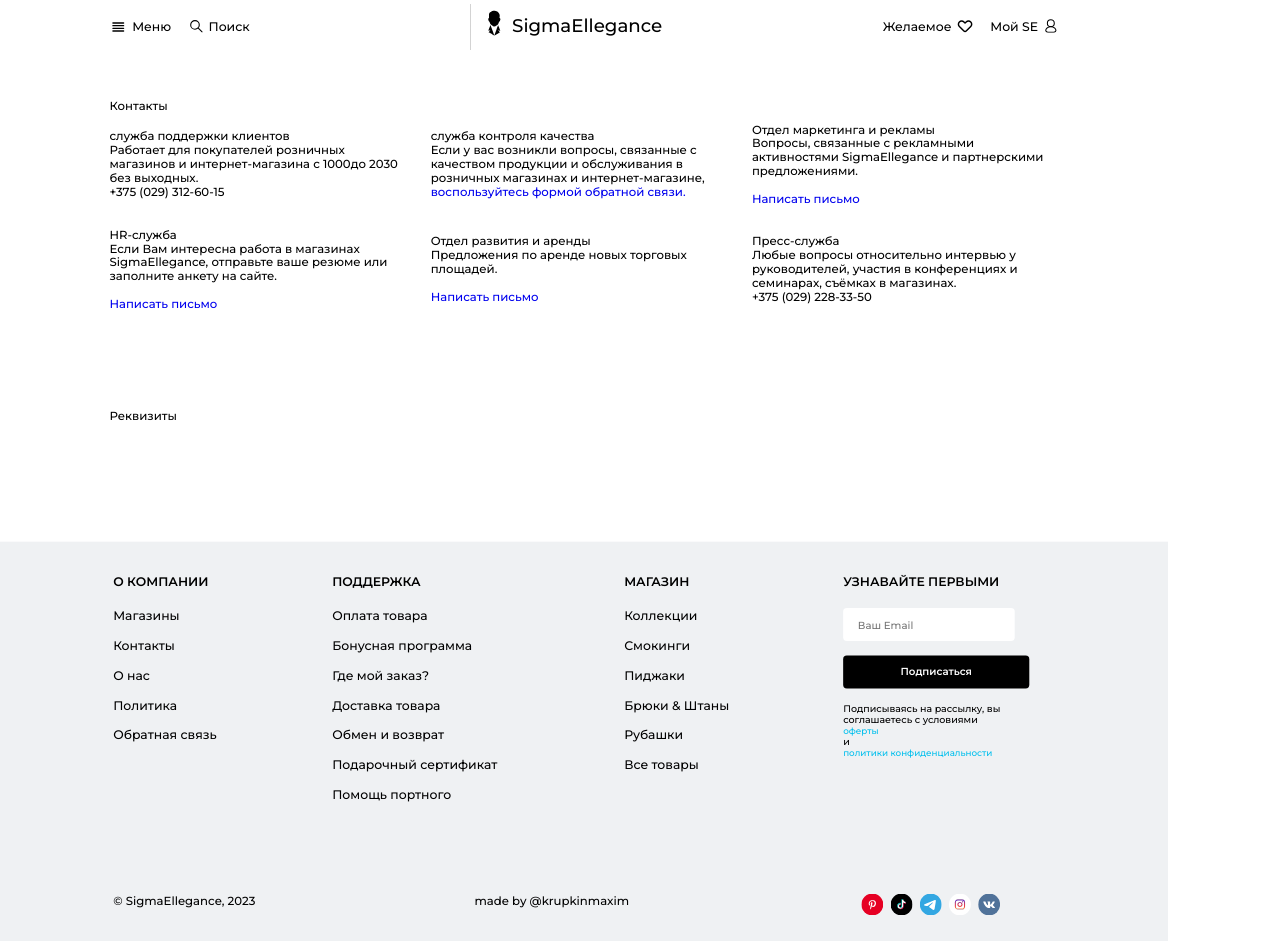
Repository: MaksimKrupkin/SigmaEllegance
Page: /contacts
An editor plug-in stored every save of this project. The page is shown before and after the next save, followed by the edit.
The browser window is 1280 px wide. The page is 1736 px wide, so the pictures cover 1736 px, including what lies to the right of the window. The pictures show the whole page, at 73% of full size.
Some web fonts or font styles are not loaded; a fallback is used. The project was rebuilt for these pictures with package versions that can differ from the ones it lists, and the page was loaded fresh each time. Also part of the build but not shown: src/Components/SideBar/SideBar.module.css, src/Components/SideBar/SideBar.jsx, src/Pages/HomePage.module.css, src/Components/SliderWrapper/SliderWrapper.module.css, src/Components/SliderCard/SliderCard.module.css, src/Components/SliderCard/SliderCard.jsx, src/Components/LeftArrow/LeftArrow.module.css, src/Components/LeftArrow/LeftArrow.jsx and 25 more.

Above is the page before, as saved 2023-12-18 17:14:45.

### public/index.html
<!DOCTYPE html>
<html lang="en">
  <head>
    <meta charset="utf-8" />

    <meta name="viewport" content="width=device-width, initial-scale=1" />

    <link rel="preconnect" href="https://fonts.googleapis.com" />
    <link rel="preconnect" href="https://fonts.gstatic.com" crossorigin />
    <link
      href="https://fonts.googleapis.com/css2?family=Roboto:wght@400;500;700&display=swap"
      rel="stylesheet" />
    <link
      href="https://fonts.googleapis.com/css2?family=Montserrat:ital,wght@0,300;0,500;0,600;0,900;1,400;1,500&family=Roboto:wght@400;500;700&display=swap"
      rel="stylesheet" />
    <link rel="preconnect" href="https://fonts.googleapis.com" />
    <link rel="preconnect" href="https://fonts.gstatic.com" crossorigin />
    <link
      href="https://fonts.googleapis.com/css2?family=Montserrat:wght@300&family=Roboto:wght@400;500;700&display=swap"
      rel="stylesheet" />
    <link href="https://fonts.cdnfonts.com/css/montserrat" rel="stylesheet" />
    <title>SigmaEllegance</title>
  </head>
  <body>
    <div id="root"></div>
  </body>
</html>

### src/index.js
import React from 'react';
import ReactDOM from 'react-dom/client';
import App from './App';
import { BrowserRouter } from 'react-router-dom';

const root = ReactDOM.createRoot(document.getElementById('root'));
root.render(
  <React.StrictMode>
    <BrowserRouter>
      <App />
    </BrowserRouter>
  </React.StrictMode>,
);

### src/App.js
import Header from './Components/Header/Header';
import HomePage from './Pages/HomePage';
import styles from './App.module.css';
import GoodsPage from './Pages/GoodsPage/GoodsPage';
import OpenGoodPage from './Pages/OpenGoodPage/OpenGoodPage';
import Footer from './Components/Footer/Footer';
import { BrowserRouter, Route, Routes } from 'react-router-dom';
import AboutUs from './Pages/AboutUs/AboutUs';
import SearchPage from './Pages/SearchPage/SearchPage';
import React from 'react';
import { useState } from 'react';
import { useParams } from 'react-router-dom';
import Contacts from './Pages/Contacts/Contacts';
function App() {
  const { category, id } = useParams();
  return (
    <div className={styles.container}>
      <Header />
      <Routes>
        <Route path="/" element={<HomePage />} />
        <Route path="/goodspage/" element={<GoodsPage />} />
        <Route path="/goodspage/:category" element={<GoodsPage />} />
        <Route path="/goodspage/:category/:id" element={<OpenGoodPage />} />
        <Route path="/opengoodspage" element={<OpenGoodPage />} />
        <Route path="/opengoodspage/:category/:id" element={<OpenGoodPage />} />
        <Route path="/aboutUsPage" element={<AboutUs />} />
        <Route path="/searchPage" element={<SearchPage />} />
        <Route path="/contacts" element={<Contacts />} />
      </Routes>

      <Footer />
    </div>
  );
}

export default App;

### src/Components/Header/Header.jsx
import React from 'react';
import { useState } from 'react';
import { Link } from 'react-router-dom';
import styles from './Header.module.css';
import logo from '../../assets/img/logo.svg';
import icon1 from '../../assets/img/Icon1.svg';
import icon2 from '../../assets/img/icon2.svg';
import icon3 from '../../assets/img/icon3.svg';
import icon4 from '../../assets/img/icon4.svg';
import SideBar from '../SideBar/SideBar';

function Header() {
  const [toggleMenu, setToggleMenu] = useState(false);
  const HandleToggle = () => {
    setToggleMenu(!toggleMenu);
  };
  console.log(toggleMenu);
  return (
    <header className={styles.header}>
      <div className={styles.left_part}>
        <div onClick={HandleToggle} className={styles.menu}>
          <img className={styles.icon1} src={icon1} alt="" />
          <p>Меню</p>
        </div>
        {toggleMenu && <SideBar HandleToggle={HandleToggle} />}

        <Link to="/searchPage" className={styles.search}>
          <img className={styles.icon2} src={icon2} alt="" />
          <p>Поиск</p>
        </Link>
      </div>
      <Link to="/" className={styles.logo_part}>
        <img className={styles.logo} src={logo} alt="" />
        <p>SigmaEllegance</p>
      </Link>
      <div className={styles.right_part}>
        <a className={styles.liked}>
          <p>Желаемое</p>
          <img className={styles.icon3} src={icon3} alt="" />
        </a>
        <a className={styles.purchases}>
          <p>Мой SE</p>
          <img className={styles.icon4} src={icon4} alt="" />
        </a>
      </div>
    </header>
  );
}

export default Header;

### src/App.module.css
body {
  font-family: 'Montserrat', sans-serif;
  display: block;
  margin: 0 auto;
  padding: 0;
  width: 100%;
  position: relative;
  overflow-x: hidden;
}
.container {
  width: 1600px;
  display: block;
  margin: 0 auto;
}

*,
*::before,
*::after {
  box-sizing: border-box;
}

/* Links */

a,
a:link,
a:visited {
  text-decoration: none;
}

a:hover {
  text-decoration: none;
}

/* Common */

aside,
nav,
header,
section,
main {
  display: block;
}

h1,
h2,
h3,
h4,
h5,
h6,
p {
  font-size: inherit;
  font-weight: inherit;
}

ul,
ul li {
  list-style: none;
}

img {
  vertical-align: top;
}

img,
svg {
  max-width: 100%;
  height: auto;
}

address {
  font-style: normal;
}

/* Form */

input,
textarea,
button,
select {
  font-family: inherit;
  font-size: inherit;
  color: inherit;
  background-color: transparent;
}

input::-ms-clear {
  display: none;
}

button,
input[type='submit'] {
  display: inline-block;
  box-shadow: none;
  background-color: transparent;
  background: none;
  cursor: pointer;
}

input:focus,
input:active,
button:focus,
button:active {
  outline: none;
}

button::-moz-focus-inner {
  padding: 0;
  border: 0;
}

label {
  cursor: pointer;
}

legend {
  display: block;
}

### src/Components/Footer/Footer.jsx
import React from 'react';
import icon1 from '../../assets/img/pint.svg';
import icon2 from '../../assets/img/TT.svg';
import icon3 from '../../assets/img/TG.svg';
import icon4 from '../../assets/img/IG.svg';
import icon5 from '../../assets/img/VK.svg';
import styles from './Footer.module.css';

export default function Footer() {
  return (
    <footer className={styles.footer}>
      <div className={styles.column_1}>
        <a className={styles.column_title}>О компании</a>
        <a className={styles.column_item}> Магазины</a>
        <a className={styles.column_item}>Контакты</a>
        <a className={styles.column_item}>О нас</a>
        <a className={styles.column_item}>Политика</a>
        <a className={styles.column_item}>Обратная связь</a>
      </div>
      <div className={styles.column_2}>
        <a className={styles.column_title}>Поддержка</a>
        <a className={styles.column_item}> Оплата товара</a>
        <a className={styles.column_item}>Бонусная программа</a>
        <a className={styles.column_item}>Где мой заказ?</a>
        <a className={styles.column_item}>Доставка товара</a>
        <a className={styles.column_item}>Обмен и возврат</a>
        <a className={styles.column_item}>Подарочный сертификат</a>
        <a className={styles.column_item}>Помощь портного</a>
      </div>
      <div className={styles.column_3}>
        <a className={styles.column_title}>Магазин</a>
        <a className={styles.column_item}> Коллекции</a>
        <a className={styles.column_item}>Смокинги</a>
        <a className={styles.column_item}>Пиджаки</a>
        <a className={styles.column_item}>Брюки & Штаны</a>
        <a className={styles.column_item}>Рубашки</a>
        <a className={styles.column_item}>Все товары</a>
      </div>
      <div className={styles.footer_form}>
        <div className={styles.footer_form_title}>Узнавайте первыми</div>
        <form action={styles.text}>
          <input className={styles.footer_form_email} type="text" placeholder="Ваш Email" />
        </form>
        <div className={styles.footer_button}>
          <div className={styles.footer_link}>Подписаться</div>
        </div>
        <div className={styles.policy}>
          Подписываясь на рассылку, вы соглашаетесь с условиями{' '}
          <a href="" className={styles.policy_link}>
            оферты
          </a>{' '}
          и <a className={styles.policy_link}>политики конфиденциальности</a>{' '}
        </div>
      </div>
      <div className={styles.footer_border}>
        <img src="/img/Border.svg" alt="" />
      </div>
      <div className={styles.sigma_corp}>© SigmaEllegance, 2023</div>
      <div className={styles.made_by}>made by @krupkinmaxim</div>
      <div className={styles.social_networks}>
        <img className={styles.pintrest} src={icon1} alt="" />
        <img className={styles.tik_tok} src={icon2} alt="" />
        <img className={styles.telegram} src={icon3} alt="" />
        <img className={styles.instagram} src={icon4} alt="" />
        <img className={styles.vk} src={icon5} alt="" />
      </div>
    </footer>
  );
}

### src/Pages/Contacts/Contacts.jsx
import React from 'react';
import { Link } from 'react-router-dom';
import styles from './Contacts.module.css';

export default function Contacts() {
  return (
    <div className={styles.container}>
      <div className={styles.top_part}>
        <h2 className={styles.tytle}>Контакты</h2>
        <div className={styles.paragraphs}>
          <div className={styles.item}>
            <div className={styles.subtitle}>служба поддержки клиентов</div>
            <div className={styles.text}>
              Работает для покупателей розничных магазинов и интернет-магазина с 1000до 2030 без
              выходных.
            </div>
            <span className={styles.phoneNumber}>+375 (029) 312-60-15</span>
          </div>
          <div className={styles.item}>
            <div className={styles.subtitle}>служба контроля качества</div>
            <div className={styles.text}>
              Если у вас возникли вопросы, связанные с качеством продукции и обслуживания в
              розничных магазинах и интернет-магазине,
              <Link> воспользуйтесь формой обратной связи.</Link>
            </div>
          </div>
          <div className={styles.item}>
            <div className={styles.subtitle}>Отдел маркетинга и рекламы</div>
            <div className={styles.text}>
              Вопросы, связанные с рекламными активностями SigmaEllegance и партнерскими
              предложениями.
            </div>
            <br />
            <Link>Написать письмо</Link>
          </div>
          <div className={styles.item}>
            <div className={styles.subtitle}>HR-служба</div>
            <div className={styles.text}>
              Если Вам интересна работа в магазинах SigmaEllegance, отправьте ваше резюме или
              заполните анкету на сайте.
            </div>
            <br />
            <Link>Написать письмо</Link>
          </div>
          <div className={styles.item}>
            <div className={styles.subtitle}>Отдел развития и аренды</div>
            <div className={styles.text}>Предложения по аренде новых торговых площадей.</div>
            <br />
            <Link>Написать письмо</Link>
          </div>
          <div className={styles.item}>
            <div className={styles.subtitle}>Пресс-служба</div>
            <div className={styles.text}>
              Любые вопросы относительно интервью у руководителей, участия в конференциях и
              семинарах, съёмках в магазинах.
            </div>
            <span className={styles.phoneNumber}>+375 (029) 228-33-50</span>
          </div>
        </div>
      </div>
      <div className={styles.bottom_part}>
        <h2 className={styles.tytle}>Реквизиты</h2>
        <div className={styles.paragraphs}></div>
      </div>
    </div>
  );
}

### src/Components/Header/Header.module.css
.header {
  font-family: 'Montserrat', sans-serif;
  margin: 0 auto;
  width: 100%;
  height: 10vh;
  display: flex;
  justify-content: space-around;
  align-items: center;
}

.left_part {
  display: flex;
  justify-content: space-between;
  align-items: center;
  gap: 25px;
  color: #000;
  margin-bottom: -2px;

  font-family: Montserrat;
  font-size: 17px;
  font-style: normal;
  font-weight: 500;
  line-height: normal;
}
.menu {
  display: flex;
  justify-content: space-between;
  align-items: center;
  gap: 8px;
  cursor: pointer;
}
.menu:hover {
  color: rgb(80, 77, 77);
}
.icon1 {
  width: 22px;
  height: 22px;
  margin-bottom: 1px;
}
.search {
  display: flex;
  justify-content: space-between;
  align-items: center;
  gap: 8px;
  cursor: pointer;
  color: black;
}

.search:hover {
  color: rgb(80, 77, 77);
}
.icon2 {
  width: 18px;
  height: 18px;
  margin-bottom: 3px;
}

.logo_part {
  margin-bottom: 3px;
  display: flex;
  justify-content: space-between;
  align-items: center;

  color: #000;

  font-family: Montserrat;
  font-size: 25px;
  font-style: normal;
  font-weight: 400;
  line-height: normal;
  cursor: pointer;
}

.logo {
  width: 67.375px;
  height: 69.103px;
  flex-shrink: 0;
  margin-right: -10px;
}
.right_part {
  margin-bottom: -2px;
  display: flex;
  justify-content: space-between;
  align-items: center;
  gap: 23px;
  font-family: Montserrat;
  font-size: 17px;
  font-style: normal;
  font-weight: 500;
  line-height: normal;
}

.liked {
  display: flex;
  justify-content: space-between;
  align-items: center;
  gap: 8px;
  cursor: pointer;
}
.liked:hover {
  color: rgb(80, 77, 77);
}
.icon3 {
  width: 22px;
  height: 22px;
  margin-bottom: 3px;
}

.purchases {
  display: flex;
  justify-content: space-between;
  align-items: center;
  gap: 8px;
  cursor: pointer;
}
.purchases:hover {
  color: rgb(80, 77, 77);
}

.icon4 {
  width: 19px;
  height: 19px;
  margin-bottom: 3px;
}

### src/Components/Footer/Footer.module.css
.footer {
  background-color: #eff1f3;
  width: 1600px;
  height: 547px;
  position: absolute;
  overflow-y: hidden;
}
a {
  display: block;
}

.column_1 {
  position: absolute;
  top: 45px;
  left: 155px;
}

.column_2 {
  position: absolute;
  top: 45px;
  left: 455px;
}

.column_3 {
  position: absolute;
  top: 45px;
  left: 855px;
}
.column_title {
  font-style: normal;
  font-weight: 600;
  font-size: 17px;
  line-height: 21px;
  text-transform: uppercase;
  color: #000000;
  margin-bottom: 25px;
}

.column_item {
  font-family: 'Montserrat';
  font-style: normal;
  font-weight: 400;
  font-size: 17px;
  line-height: 21px;
  color: #000000;
  margin-bottom: 20px;
  cursor: pointer;
}

.footer_form {
  position: absolute;
  top: 45px;
  left: 1155px;
}

.footer_form_title {
  font-style: normal;
  font-weight: 600;
  font-size: 17px;
  line-height: 21px;
  text-transform: uppercase;
  color: #000000;
  margin-bottom: 25px;
}
.footer {
  opacity: 1;
}
.footer_form_email {
  width: 235px;
  height: 45px;
  background-color: white;
  border: none;
  border-radius: 5px;
  font-style: normal;
  font-weight: 400;
  font-size: 14px;
  line-height: 17px;
  padding-left: 20px;
  color: rgba(0, 0, 0, 0.4);
}
.footer_form_email:focus {
  border: 2px solid black;
}

.footer_button {
  margin-top: 20px;
  margin-bottom: 20px;
  width: 255px;
  background-color: #000000;
  border-radius: 5px;
  text-align: center;
  font-style: normal;
  font-weight: 600;
  font-size: 14px;
  line-height: 45px;
  color: #ffffff;
  cursor: pointer;
}
.footer_link {
  color: #ffffff;
}

.policy {
  width: 254px;
  font-style: normal;
  font-weight: 400;
  font-size: 13px;
  line-height: 15px;
  color: #000000;
}
.policy_link {
  font-style: normal;
  font-weight: 400;
  font-size: 12px;
  line-height: 15px;
  color: #00bfed;
}

.footer_border {
  position: absolute;
  bottom: 120px;
}

.sigma_corp {
  position: absolute;
  left: 155px;
  bottom: 45px;

  font-weight: 500;
}

.made_by {
  position: absolute;
  left: 650px;
  bottom: 45px;
  font-weight: 500;
}

.social_networks {
  position: absolute;
  left: 1180px;
  bottom: 35px;
}
.pintrest {
  width: 30px;
  height: 30px;
  margin-right: 10px;
  transition: all 0.1s ease-in;
  cursor: pointer;
}
.pintrest:hover {
  width: 35px;
  height: 35px;
  transform: translateY(-3px);
}
.tik_tok {
  width: 30px;
  height: 30px;
  margin-right: 10px;
  transition: all 0.1s ease-in;
  cursor: pointer;
}
.tik_tok:hover {
  width: 35px;
  height: 35px;
  transform: translateY(-3px);
}
.telegram {
  width: 30px;
  height: 30px;
  margin-right: 10px;
  transition: all 0.1s ease-in;
  cursor: pointer;
}
.telegram:hover {
  width: 35px;
  height: 35px;
  transform: translateY(-3px);
}
.instagram {
  width: 30px;
  height: 30px;
  margin-right: 10px;
  transition: all 0.1s ease-in;
  cursor: pointer;
}
.instagram:hover {
  width: 35px;
  height: 35px;
  transform: translateY(-3px);
}
.vk {
  width: 30px;
  height: 30px;
  margin-right: 10px;
  transition: all 0.1s ease-in;
  cursor: pointer;
}
.vk:hover {
  width: 35px;
  height: 35px;
  transform: translateY(-3px);
}

### src/Pages/Contacts/Contacts.module.css
.container {
  width: 1586px;
  height: 470px;
  margin: 150px;
  margin-right: 140px;
  margin-top: 50px;
  display: flex;
  flex-direction: column;
  justify-content: space-between;
  gap: 50px;
}
.paragraphs {
  width: 1290px;
  display: flex;
  justify-content: space-between;
  align-items: center;
  flex-wrap: wrap;
  gap: 30px;
}
.item {
  width: 410px;
}

After the next save:
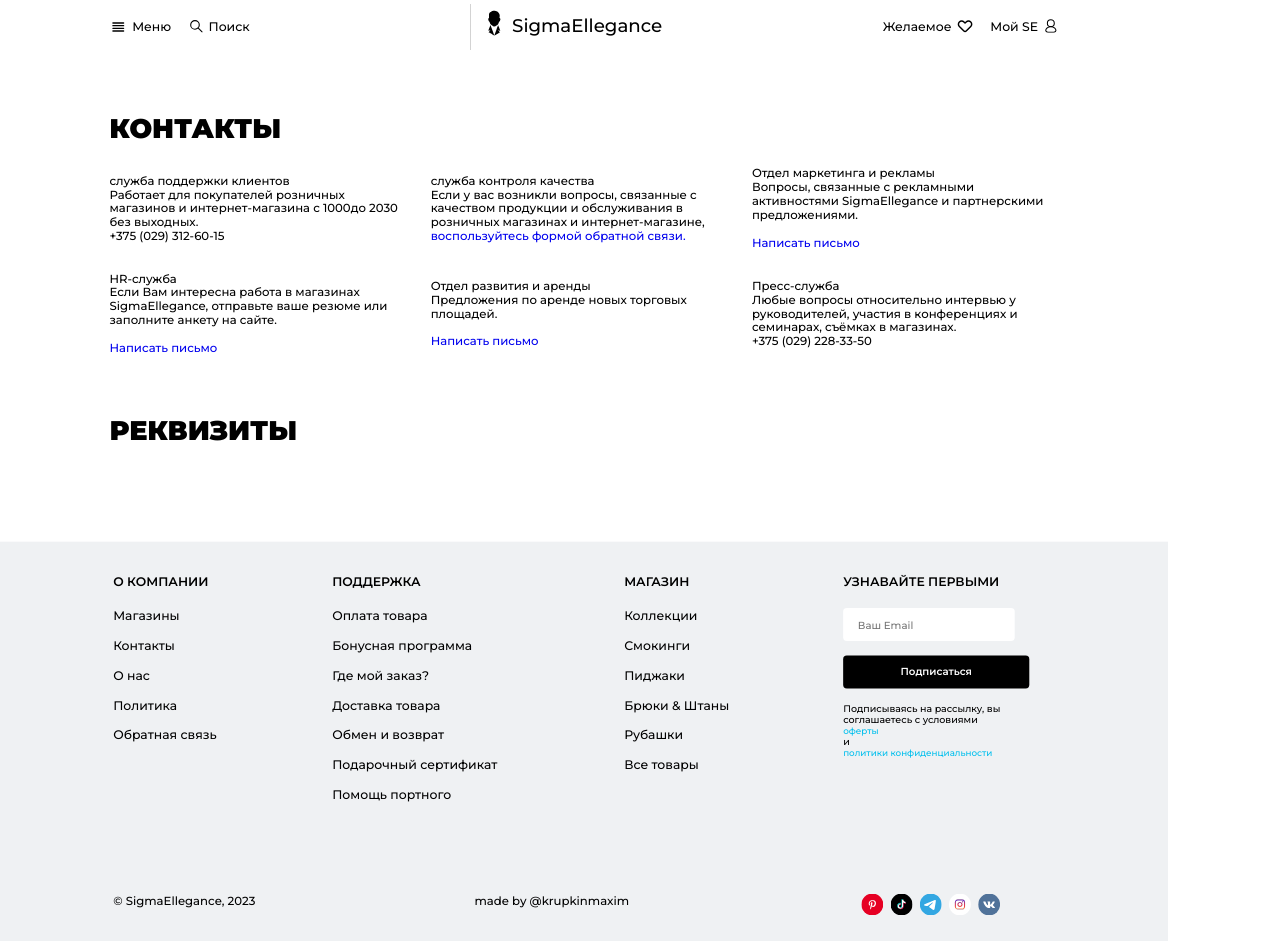
Saved 32 s later.
--- a/src/Pages/Contacts/Contacts.module.css
+++ b/src/Pages/Contacts/Contacts.module.css
@@ -8,6 +8,16 @@
   flex-direction: column;
   justify-content: space-between;
   gap: 50px;
+}
+.tytle {
+  color: #000;
+
+  font-family: Montserrat;
+  font-size: 37px;
+  font-style: normal;
+  font-weight: 700;
+  line-height: normal;
+  text-transform: uppercase;
 }
 .paragraphs {
   width: 1290px;

After the save that followed:
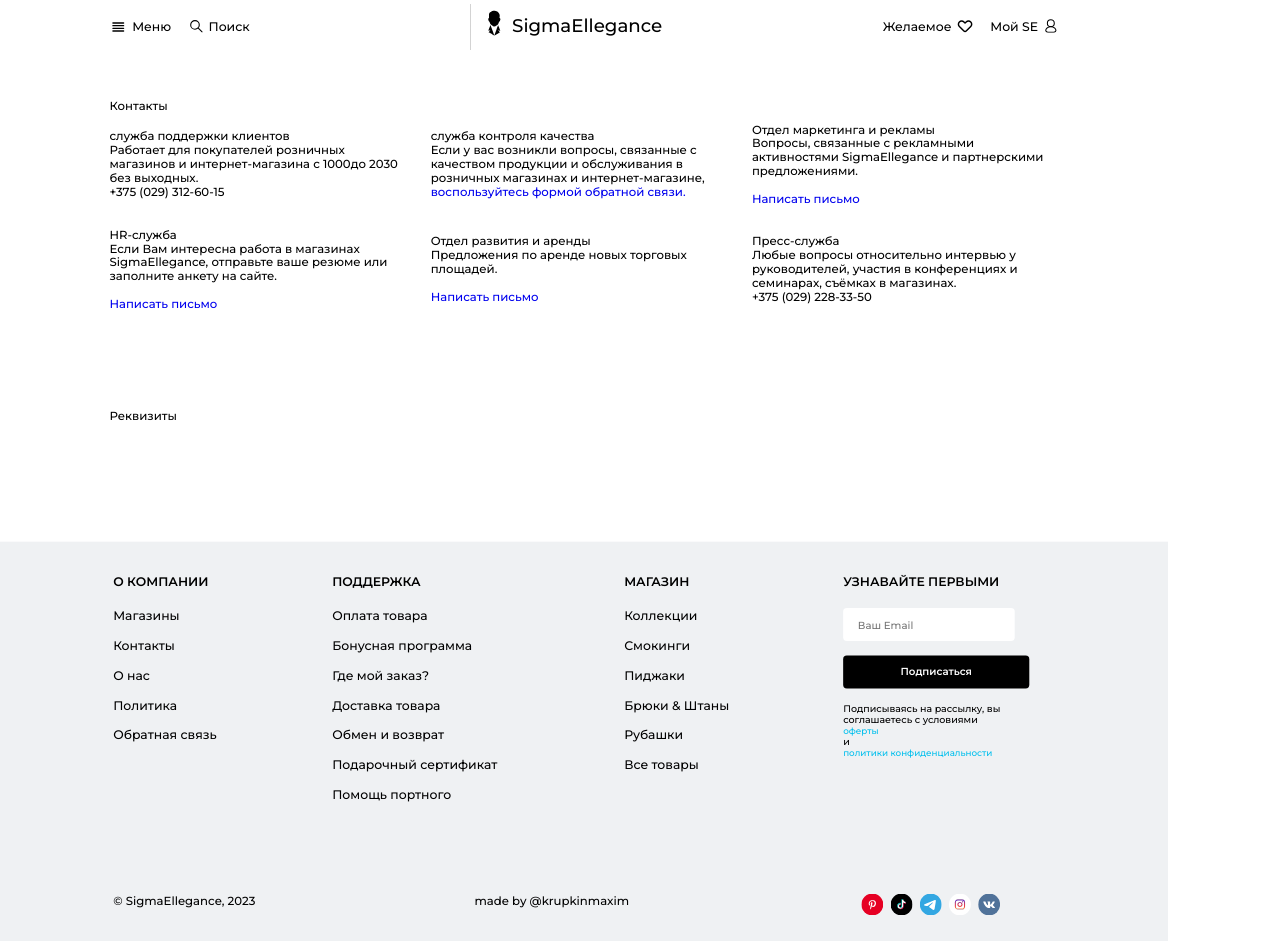
Saved 31 s later.
--- a/src/Pages/Contacts/Contacts.module.css
+++ b/src/Pages/Contacts/Contacts.module.css
@@ -9,9 +9,8 @@
   justify-content: space-between;
   gap: 50px;
 }
-.tytle {
+.title {
   color: #000;
-
   font-family: Montserrat;
   font-size: 37px;
   font-style: normal;
